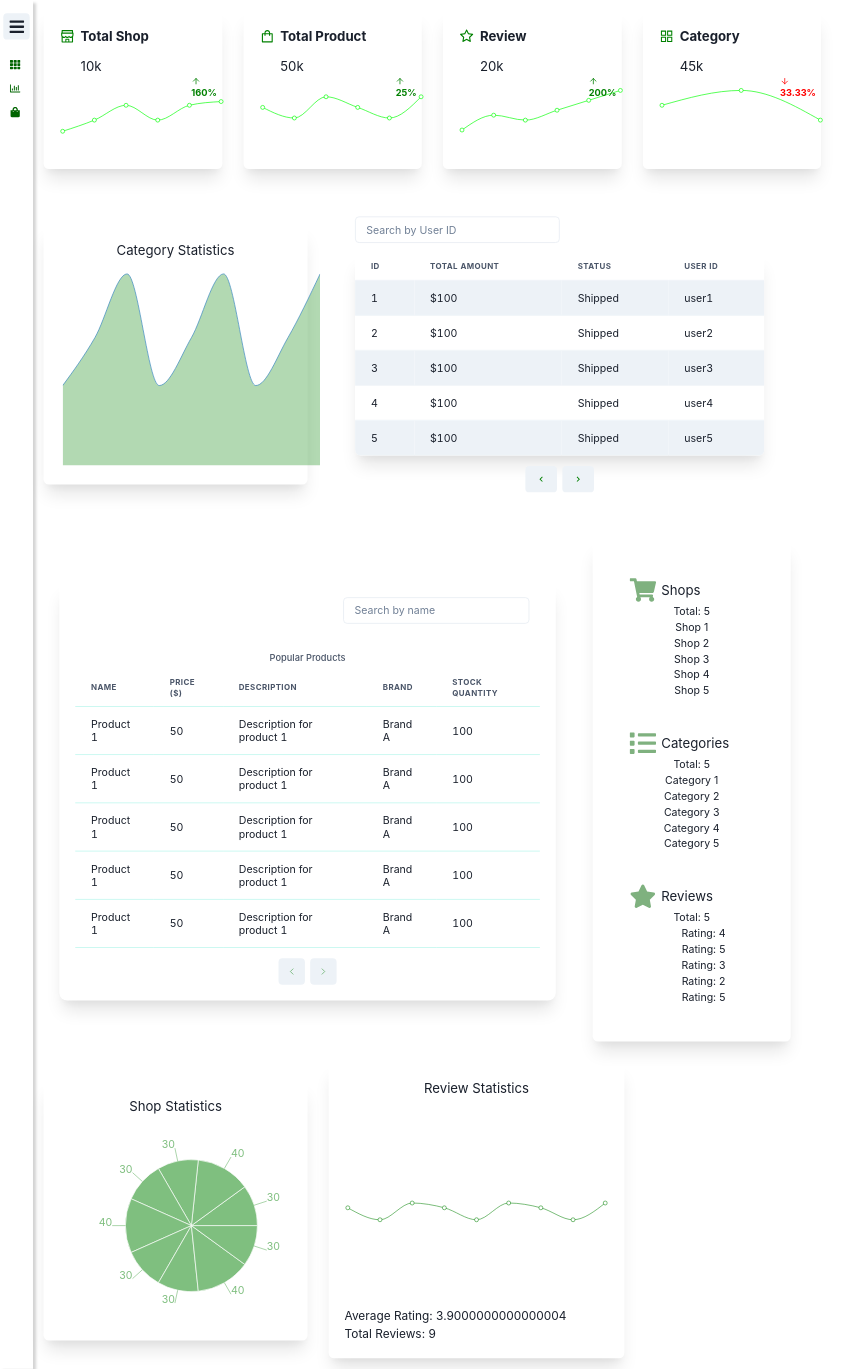
Repository: Andarg01/chakra-dashboard
Page: /
An editor plug-in stored every save of this project. The page is shown before and after the next save, followed by the edit.
The browser window is 1280 px wide. The pictures show the whole page, at 66% of full size.
The project was rebuilt for these pictures with package versions that can differ from the ones it lists, and the page was loaded fresh each time. Also part of the build but not shown: src/components/ProductModal.tsx, src/components/ProductTable.tsx, src/pages/ProductList.tsx, src/components/RecentSalesTable.tsx, src/pages/Analytics.tsx.

Above is the page before, as saved 2024-03-18 06:47:16.

### src/index.tsx
import React from 'react';
import ReactDOM from 'react-dom/client';
import './index.css';
import App from './App';

import { ChakraProvider } from '@chakra-ui/react';


const root = ReactDOM.createRoot(
  document.getElementById('root') as HTMLElement
);
root.render(

  <React.StrictMode>
  <ChakraProvider>
    <App />
    </ChakraProvider>
  </React.StrictMode>

);

### src/App.tsx
import React from 'react'
import ProductList from './pages/ProductList'
import Dashboard from './components/Dashboard'
import Sidebar from './components/Sidebar';
import Analytics from './pages/Analytics';
import { BrowserRouter, Route, Routes } from 'react-router-dom';
const App = () => {
  return (
    <div>
    <BrowserRouter>
    <Sidebar>
      <Routes>
      <Route path="/" element={<Dashboard />}/>
      <Route path="/dashboard" element={<Dashboard />}/>
      <Route path="/analytics" element={<Analytics  />} />
      <Route path="/product" element={<ProductList />}/>

      </Routes>
    </Sidebar>
  </BrowserRouter>
    </div>
  )
}

export default App





















// import React from 'react';
// import { BrowserRouter, Route, Routes } from 'react-router-dom';
// import Sidebar from './components/Sidebar';

// import Dashboard from './pages/Dashboard'

// import Analytics from './pages/AnalyticsPage'

// import ProductList from './ProductList';
// import './App.css';


// // import { ChakraProvider } from '@chakra-ui/react';

// type SaleData = {
//   date: string;
//   amount: number;
// };

// type RevenueData = {
//   month: string;
//   revenue: number;
// };

// const App: React.FC = () => {
//   const saleData: SaleData[] = [
//     { date: '2022-01-01', amount: 100 },
//     { date: '2022-01-02', amount: 150 },
//     { date: '2022-01-03', amount: 200 },
//     { date: '2022-01-04', amount: 120 },
//     { date: '2022-01-05', amount: 180 },
//     { date: '2022-01-06', amount: 90 },
//     { date: '2022-01-07', amount: 110 },
//     { date: '2022-01-08', amount: 130 },
//     { date: '2022-01-09', amount: 170 },
//     { date: '2022-01-10', amount: 160 },
//   ];

//   const revenueData: RevenueData[] = [
//     { month: 'January', revenue: 500 },
//     { month: 'February', revenue: 700 },
//     { month: 'March', revenue: 600 },
//     { month: 'April', revenue: 800 },
//     { month: 'May', revenue: 900 },
//     { month: 'June', revenue: 750 },
//     { month: 'July', revenue: 850 },
//     { month: 'August', revenue: 950 },
//     { month: 'September', revenue: 700 },
//     { month: 'October', revenue: 850 },
//   ];

//   return (
//     // <ChakraProvider>
//       <div>
//         <BrowserRouter>
//           <Sidebar>
//             <Routes>
//               <Route path="/" element={<Dashboard saleData={saleData} revenueData={revenueData} />} />
//               <Route path="/dashboard" element={<Dashboard saleData={saleData} revenueData={revenueData} />} />

//               <Route path="/analytics" element={<Analytics />} />
//               <Route path="/product" element={<ProductList />} />

//             </Routes>
//           </Sidebar>
//         </BrowserRouter>
//       </div>
//     {/* </ChakraProvider> */}
//   );
// };

// export default App;

### src/components/Sidebar.tsx

import React, { useState } from 'react';
import {
  FaTh,
  FaBars,
  FaShoppingBag,
  FaRegChartBar,
} from 'react-icons/fa';

import { NavLink } from 'react-router-dom';
import { Box, IconButton, Text, Flex } from '@chakra-ui/react';

interface MenuItem {
  path: string;
  name: string;
  icon: JSX.Element;
}

const Sidebar: React.FC<React.PropsWithChildren<{}>> = ({ children }) => {
  const [isOpen, setIsOpen] = useState(false);

  const toggle = () => setIsOpen(!isOpen);

  const menuItems: MenuItem[] = [
    {
      path: '/',
      name: 'Dashboard',
      icon: <FaTh />,
    },
    {
      path: '/analytics',
      name: 'Analytics',
      icon: <FaRegChartBar />,
  },
    {
      path: '/product',
      name: 'Product',
      icon: <FaShoppingBag />,
    },
  ];

  return (
    <Flex>
      <Box
        width={isOpen ? '200px' : '50px'}
        bg="#fff"
        boxShadow="5px 5px 4px rgb(212, 212, 212)"
        color="#000"
        height="auto"
        transition="all 0.5s"
        overflowX="hidden"
      >
        <Flex
          className="top_section"
          direction="column"
          align="center"
          justify="center"
          p="20px 15px"
        >
          <Text fontSize={isOpen ? '30px' : '0'} className="logo">
            Logo
          </Text>
          <IconButton
            marginLeft={isOpen ? '50px' : '0px'}
            className="bars"
            fontSize="25px"
            aria-label="Toggle Sidebar"
            icon={<FaBars />}
            onClick={toggle}
          />
        </Flex>
        {menuItems.map((item, index) => (
          <NavLink to={item.path} key={index} className="link">
            <Flex
              p="10px 15px"
              color="#006400"
              _hover={{ bgColor: ' #006400', color: '#fff', margin: '10px', borderRadius: '10px' }}
              _active={{ bgColor: ' #006400', color: '#fff', margin: '10px', borderRadius: '10px' }}
            >
              <Box className="icon" marginRight="3">
                {item.icon}
              </Box>
              <Text
                display={isOpen ? 'block' : 'none'}
                className="link_text text-sm"
                marginLeft="3"
              >
                {item.name}
              </Text>
            </Flex>
          </NavLink>
        ))}
      </Box>
      <Box flex="1">{children}</Box>
    </Flex>
  );
};

export default Sidebar;

### src/components/Statics.tsx
import React, { useState } from 'react';
import { Box, Table, Thead, Tbody, Tr, Th, Td, Button, Flex, Input, FormControl } from '@chakra-ui/react';
import { ChevronLeftIcon, ChevronRightIcon } from '@chakra-ui/icons'; // Import icons
// Other imports...

interface Order {
  id: string;
  totalAmount: number;
  status: string;
  userId: string;
}

interface TopOrdersTableProps {
  orders: Order[];
  currentPage: number;
  itemsPerPage: number;
  searchUserId: string;
  setSearchUserId: (userId: string) => void;
}

const TopOrdersTable: React.FC<TopOrdersTableProps> = ({ orders, currentPage, itemsPerPage, searchUserId }) => {
  const startIndex = (currentPage - 1) * itemsPerPage;
  const endIndex = startIndex + itemsPerPage;

  const filteredOrders = searchUserId.trim() !== '' ?
    orders.filter(order => order.userId.toLowerCase().includes(searchUserId.toLowerCase())) :
    orders;

  const currentOrders = filteredOrders.slice(startIndex, endIndex);

  return (
    <Box
    boxShadow="xl"
     borderRadius="lg" overflow="hidden" overflowX="auto">
      <Table variant="striped" colorScheme="gray">
        <Thead>
          <Tr>
            <Th>ID</Th>
            <Th>Total Amount</Th>
            <Th>Status</Th>
            <Th>User ID</Th>
          </Tr>
        </Thead>
        <Tbody>
          {currentOrders.map((order) => (
            <Tr key={order.id}>
              <Td>{order.id}</Td>
              <Td>${order.totalAmount}</Td>
              <Td>{order.status}</Td>
              <Td>{order.userId}</Td>
            </Tr>
          ))}
        </Tbody>
      </Table>
    </Box>
  );
};

const Statics: React.FC = () => {
  const [currentPage, setCurrentPage] = useState(1);
  const [searchUserId, setSearchUserId] = useState('');
  const itemsPerPage = 6;

  const handleNextPage = () => {
    setCurrentPage((prevPage) => prevPage + 1);
  };

  const handlePreviousPage = () => {
    setCurrentPage((prevPage) => Math.max(prevPage - 1, 1));
  };

  return (
    <Flex flexDirection="column" p={4} gap={4}>
      {/* Search Input */}
      <FormControl justifyContent="end" width={{ base: "100%", md: "50%" }}>
        <Input
          type="text"
          placeholder="Search by User ID"
          value={searchUserId}
          onChange={(e) => setSearchUserId(e.target.value)}
        />
      </FormControl>
      {/* Table */}
      <TopOrdersTable
        orders={sampleOrders}
        currentPage={currentPage}
        itemsPerPage={itemsPerPage}
        searchUserId={searchUserId}
        setSearchUserId={setSearchUserId}
      />
      {/* Pagination Buttons */}
      <Flex justifyContent="center">
        <Button onClick={handlePreviousPage} disabled={currentPage === 1}  color="#008000" mr={2}>
          <ChevronLeftIcon />
        </Button>
        <Button onClick={handleNextPage}  color="#008000">
          <ChevronRightIcon />
        </Button>
      </Flex>
    </Flex>
  );
};

export default Statics;

const sampleOrders: Order[] = [
  {
    id: '1',
    totalAmount: 100,
    status: 'Shipped',
    userId: 'user1',
  },
  {
    id: '2',
    totalAmount: 100,
    status: 'Shipped',
    userId: 'user2',
  },
  {
    id: '3',
    totalAmount: 100,
    status: 'Shipped',
    userId: 'user3',
  },
  {
    id: '4',
    totalAmount: 100,
    status: 'Shipped',
    userId: 'user4',
  },
  {
    id: '5',
    totalAmount: 100,
    status: 'Shipped',
    userId: 'user5',
  },
  // Rest of the sample orders...
];

### src/components/ShopsCategoriesReviewsPage.tsx
import React from 'react';
import { Box, Flex, Icon, Text } from '@chakra-ui/react';
import { FaShoppingCart, FaList, FaStar } from 'react-icons/fa';

const ShopsCategoriesReviewsPage = () => {
  const shops = [
    { id: '1', name: 'Shop 1' },
    { id: '2', name: 'Shop 2' },
    { id: '3', name: 'Shop 3' },
    { id: '4', name: 'Shop 4' },
    { id: '5', name: 'Shop 5' },
  ];

  const categories = [
    { id: '1', name: 'Category 1' },
    { id: '2', name: 'Category 2' },
    { id: '3', name: 'Category 3' },
    { id: '4', name: 'Category 4' },
    { id: '5', name: 'Category 5' },
  ];

  const reviews = [
    { id: '1', rating: 4 },
    { id: '2', rating: 5 },
    { id: '3', rating: 3 },
    { id: '4', rating: 2 },
    { id: '5', rating: 5 },
  ];

  return (
    <Flex direction={{ base: 'column', md: 'column' }} justify="space-between" gap={4} p={4}>
      {/* Shops */}
      <Box  p={4} borderRadius="md" minWidth="100px" flex={{ base: '1', md: 'auto' }}>
        <Flex align="center">
          <Icon as={FaShoppingCart} boxSize={10} color="rgba(0, 100, 0, 0.5)" />
          <Text fontSize="xl" ml={2}>Shops</Text>
        </Flex>
        <Text textAlign="center">Total: {shops.length}</Text>
        {shops.map((shop) => (
          <Text key={shop.id}>{shop.name}</Text>
        ))}
      </Box>

      {/* Categories */}
      <Box  p={4} borderRadius="md" minWidth="100px" flex={{ base: '1', md: 'auto' }}>
        <Flex align="center">
          <Icon as={FaList} boxSize={10} color="rgba(0, 100, 0, 0.5)" />
          <Text fontSize="xl" ml={2}>Categories</Text>
        </Flex>
        <Text textAlign="center">Total: {categories.length}</Text>
        {categories.map((category) => (
          <Text key={category.id}>{category.name}</Text>
        ))}
      </Box>

      {/* Reviews */}
      <Box  p={4} borderRadius="md" minWidth="100px" flex={{ base: '1', md: 'auto' }}>
        <Flex align="center">
          <Icon as={FaStar} boxSize={10} color="rgba(0, 100, 0, 0.5)" />
          <Text fontSize="xl" ml={2}>Reviews</Text>
        </Flex>
        <Text textAlign="center">Total: {reviews.length}</Text>
        {reviews.map((review) => (
          <Text pl={9} key={review.id}>Rating: {review.rating}</Text>
        ))}
      </Box>
    </Flex>
  );
};

export default ShopsCategoriesReviewsPage;

### src/components/PopularProductsPage.tsx
import React, { useState } from 'react';
import {
  Box,
  Table,
  Thead,
  Tbody,
  Tr,
  Th,
  Td,
  TableCaption,
  useBreakpointValue,
  Input,
  IconButton,
  Flex,
} from '@chakra-ui/react';
import { FiChevronLeft, FiChevronRight } from 'react-icons/fi';

interface Product {
  id: string;
  name: string;
  price: number;
  description: string;
  imageUrl: string;
  brand: string;
  stockQuantity: number;
}

const PopularProductsPage: React.FC = () => {
  const [searchQuery, setSearchQuery] = useState<string>('');
  const [currentPage, setCurrentPage] = useState<number>(1);
  const [itemsPerPage] = useState<number>(5);

  // Sample data
  const products: Product[] = [
    {
      id: '1',
      name: 'Product 1',
      price: 50,
      description: 'Description for product 1',
      imageUrl: 'https://via.placeholder.com/150',
      brand: 'Brand A',
      stockQuantity: 100,
    },
    {
      id: '1',
      name: 'Product 1',
      price: 50,
      description: 'Description for product 1',
      imageUrl: 'https://via.placeholder.com/150',
      brand: 'Brand A',
      stockQuantity: 100,
    },
    {
      id: '1',
      name: 'Product 1',
      price: 50,
      description: 'Description for product 1',
      imageUrl: 'https://via.placeholder.com/150',
      brand: 'Brand A',
      stockQuantity: 100,
    },
    {
      id: '1',
      name: 'Product 1',
      price: 50,
      description: 'Description for product 1',
      imageUrl: 'https://via.placeholder.com/150',
      brand: 'Brand A',
      stockQuantity: 100,
    },
    {
      id: '1',
      name: 'Product 1',
      price: 50,
      description: 'Description for product 1',
      imageUrl: 'https://via.placeholder.com/150',
      brand: 'Brand A',
      stockQuantity: 100,
    },
    // Add more sample data here
  ];

  // Always use 'simple' table variant
  const tableVariant = 'simple';

  // Filter products based on search query
  const filteredProducts = products.filter((product) =>
    product.name.toLowerCase().includes(searchQuery.toLowerCase())
  );

  // Pagination
  const totalPages = Math.ceil(filteredProducts.length / itemsPerPage);

  const nextPage = () => {
    setCurrentPage((prevPage) => Math.min(prevPage + 1, totalPages));
  };

  const prevPage = () => {
    setCurrentPage((prevPage) => Math.max(prevPage - 1, 1));
  };

  const startIndex = (currentPage - 1) * itemsPerPage;
  const endIndex = startIndex + itemsPerPage;
  const paginatedProducts = filteredProducts.slice(startIndex, endIndex);

  return (
    <Box boxShadow="xl" p={6} borderRadius="xl">
      <Flex justify="flex-end" mb={4}>
        <Input
          placeholder="Search by name"
          value={searchQuery}
          onChange={(e) => setSearchQuery(e.target.value)}
          width={{ base: '100%', sm: 'auto' }} // Adjusted width
          mr={{ base: 0, sm: 4 }} // Margin on small screens
        />
      </Flex>
      <Table variant={tableVariant} size="md" colorScheme="teal">
        <TableCaption placement="top">Popular Products</TableCaption>
        <Thead>
          <Tr>
            <Th>Name</Th>
            <Th>Price ($)</Th>
            <Th>Description</Th>
            <Th>Brand</Th>
            <Th>Stock Quantity</Th>
          </Tr>
        </Thead>
        <Tbody>
          {paginatedProducts.map((product) => (
            <Tr key={product.id}>
              <Td>{product.name}</Td>
              <Td>{product.price}</Td>
              <Td>{product.description}</Td>
              <Td>{product.brand}</Td>
              <Td>{product.stockQuantity}</Td>
            </Tr>
          ))}
        </Tbody>
      </Table>
      <Flex justify="center" mt={4}>
        <IconButton
          aria-label="Previous page"
          icon={<FiChevronLeft />}
          color="#00800080"
          onClick={prevPage}
          disabled={currentPage === 1}
          mr={2}
        />
        <IconButton
        color="#00800080"
          aria-label="Next page"
          icon={<FiChevronRight />}
          onClick={nextPage}
          disabled={currentPage === totalPages}
        />
      </Flex>
    </Box>
  );
};

export default PopularProductsPage;

Loaded but not shown: public/index.html (common file); src/index.css (common file); src/components/Dashboard.tsx (511 lines, source omitted); src/components/AnalyticalCard.tsx (254 lines, source omitted)

After the next save:
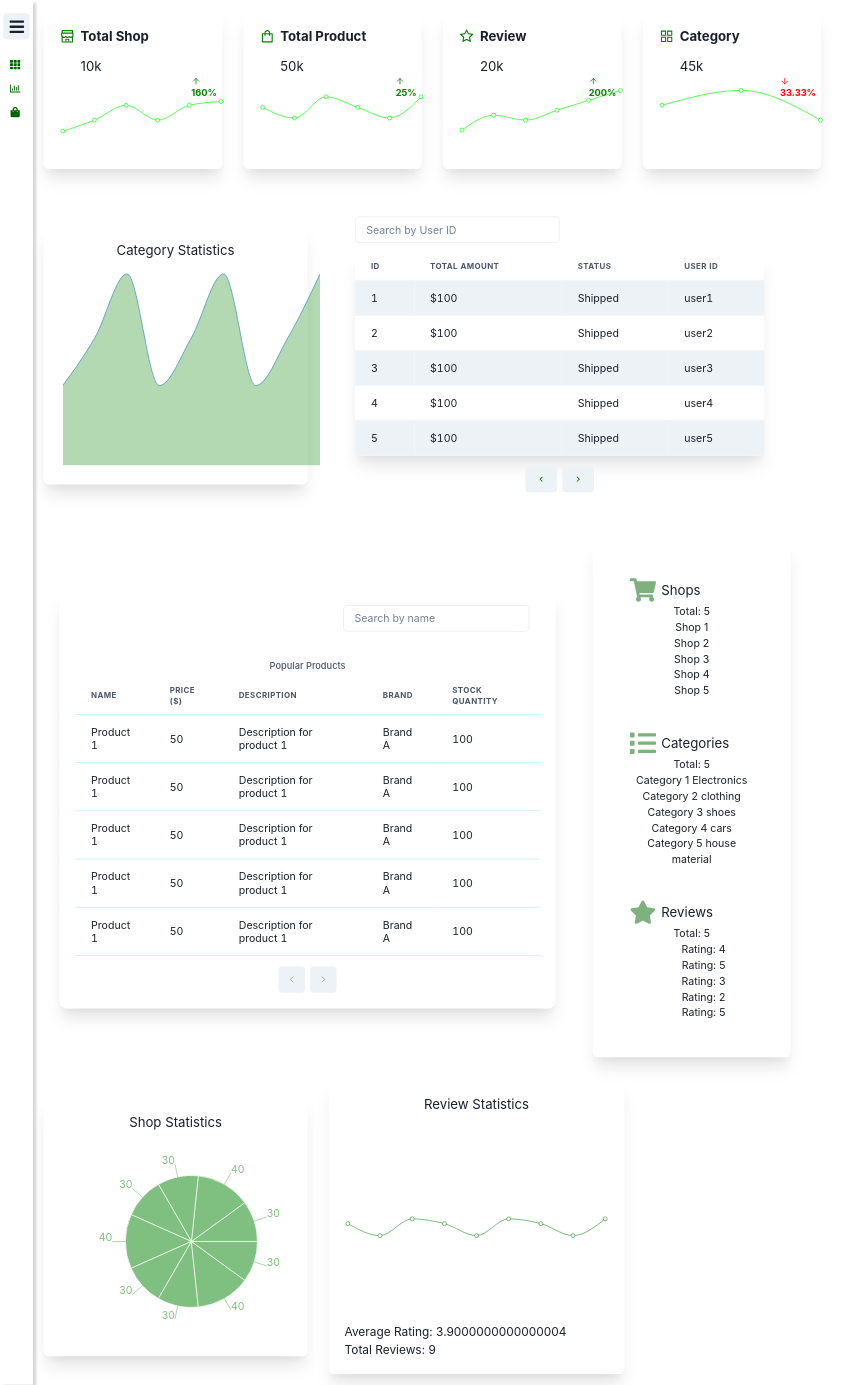
Saved 2 min 49 s later.
--- a/src/components/ShopsCategoriesReviewsPage.tsx
+++ b/src/components/ShopsCategoriesReviewsPage.tsx
@@ -12,11 +12,11 @@
   ];
 
   const categories = [
-    { id: '1', name: 'Category 1' },
-    { id: '2', name: 'Category 2' },
-    { id: '3', name: 'Category 3' },
-    { id: '4', name: 'Category 4' },
-    { id: '5', name: 'Category 5' },
+    { id: '1', name: 'Category 1 Electronics' },
+    { id: '2', name: 'Category 2 clothing' },
+    { id: '3', name: 'Category 3 shoes' },
+    { id: '4', name: 'Category 4  cars' },
+    { id: '5', name: 'Category 5 house material' },
   ];
 
   const reviews = [

After the save that followed:
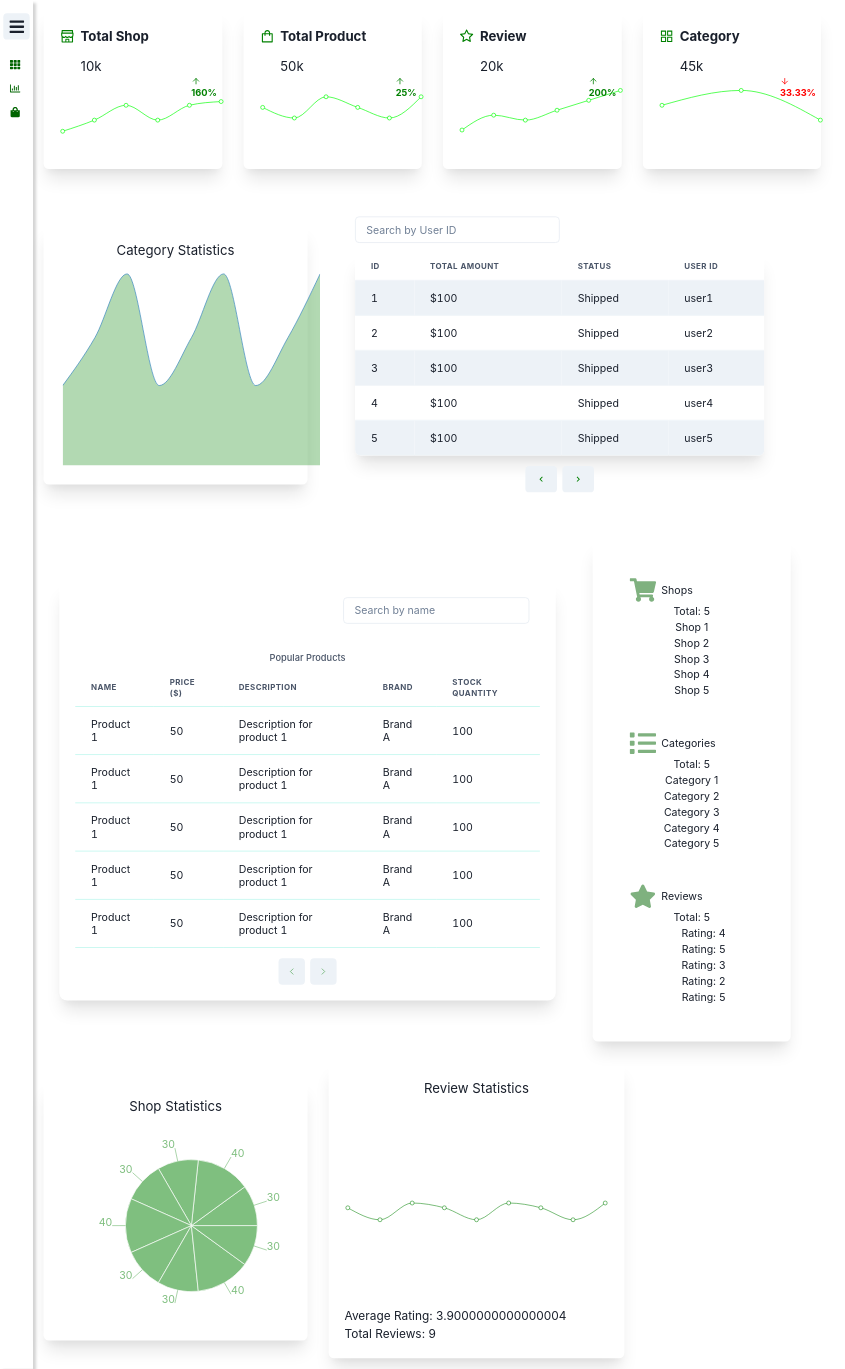
Saved 69 s later.
--- a/src/components/ShopsCategoriesReviewsPage.tsx
+++ b/src/components/ShopsCategoriesReviewsPage.tsx
@@ -12,11 +12,11 @@
   ];
 
   const categories = [
-    { id: '1', name: 'Category 1 Electronics' },
-    { id: '2', name: 'Category 2 clothing' },
-    { id: '3', name: 'Category 3 shoes' },
-    { id: '4', name: 'Category 4  cars' },
-    { id: '5', name: 'Category 5 house material' },
+    { id: '1', name: 'Category 1' },
+    { id: '2', name: 'Category 2' },
+    { id: '3', name: 'Category 3' },
+    { id: '4', name: 'Category 4' },
+    { id: '5', name: 'Category 5' },
   ];
 
   const reviews = [
@@ -33,7 +33,7 @@
       <Box  p={4} borderRadius="md" minWidth="100px" flex={{ base: '1', md: 'auto' }}>
         <Flex align="center">
           <Icon as={FaShoppingCart} boxSize={10} color="rgba(0, 100, 0, 0.5)" />
-          <Text fontSize="xl" ml={2}>Shops</Text>
+          <Text fontSize="normal" ml={2}>Shops</Text>
         </Flex>
         <Text textAlign="center">Total: {shops.length}</Text>
         {shops.map((shop) => (
@@ -45,7 +45,7 @@
       <Box  p={4} borderRadius="md" minWidth="100px" flex={{ base: '1', md: 'auto' }}>
         <Flex align="center">
           <Icon as={FaList} boxSize={10} color="rgba(0, 100, 0, 0.5)" />
-          <Text fontSize="xl" ml={2}>Categories</Text>
+          <Text fontSize="normal" ml={2}>Categories</Text>
         </Flex>
         <Text textAlign="center">Total: {categories.length}</Text>
         {categories.map((category) => (
@@ -57,7 +57,7 @@
       <Box  p={4} borderRadius="md" minWidth="100px" flex={{ base: '1', md: 'auto' }}>
         <Flex align="center">
           <Icon as={FaStar} boxSize={10} color="rgba(0, 100, 0, 0.5)" />
-          <Text fontSize="xl" ml={2}>Reviews</Text>
+          <Text fontSize="normal" ml={2}>Reviews</Text>
         </Flex>
         <Text textAlign="center">Total: {reviews.length}</Text>
         {reviews.map((review) => (
